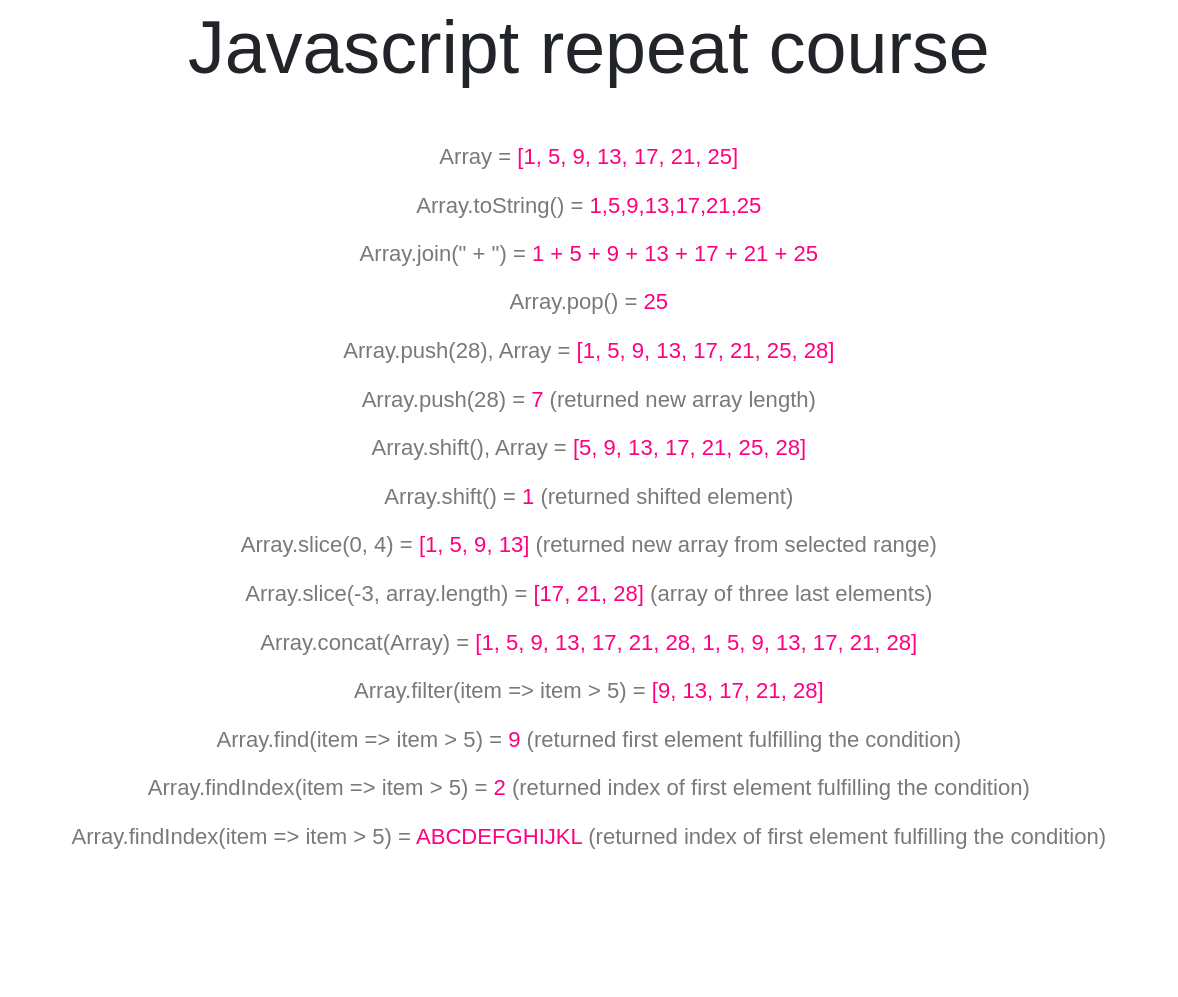
Repository: michalgornicki/javascript
Page: /
The author's editor kept a copy of each file at every save. The page is drawn from the files as they stood at one save, then again after a run of saves.
The browser window is 1280 px wide. The pictures show the whole page, at 92% of full size.
The project was rebuilt for these pictures with package versions that can differ from the ones it lists, and the page was loaded fresh each time. Also part of the build but not shown: src/index.css.

Above is the page before, as saved 2022-01-31 13:13:04.

### src/App.jsx
import React from "react";
import "./App.css";
import "bootstrap/dist/css/bootstrap.min.css";

function App() {
  const array = [1, 5, 9, 13, 17, 21, 25];

  console.log(array);

  return (
    <div className="text-center">
      <div className="display-1 mt-1 mb-5">Javascript repeat course</div>
      <div className="js-item h4 py-2">
        {" "}
        <span className="">Array = </span>
        <span className="text-pink">[{array.join(", ")}]</span>
      </div>
      <div className="js-item h4 py-2">
        {" "}
        <span className="">Array.toString() =</span> <span className="text-pink">{array.toString()}</span>
      </div>
      <div className="js-item h4 py-2">
        {" "}
        <span className="">Array.join(" + ") =</span> <span className="text-pink">{array.join(" + ")}</span>
      </div>
      <div className="js-item h4 py-2">
        {" "}
        <span className="">Array.pop() =</span> <span className="text-pink">{array.pop()}</span>
      </div>
      <div className="js-item h4 py-2">
        {" "}
        <span className="">Array.push(28), Array =</span> <span className="text-pink">[1, 5, 9, 13, 17, 21, 25, 28]</span>
      </div>
      <div className="js-item h4 py-2">
        {" "}
        <span className="">Array.push(28) =</span> <span className="text-pink"> {array.push(28)}</span> (returned new array length)
      </div>
      <div className="js-item h4 py-2">
        {" "}
        <span className="">Array.shift(), Array =</span> <span className="text-pink"> [5, 9, 13, 17, 21, 25, 28]</span>
      </div>
      <div className="js-item h4 py-2">
        {" "}
        <span className="">Array.shift() =</span> <span className="text-pink">1</span> (returned shifted element)
      </div>
      <div className="js-item h4 py-2">
        {" "}
        <span className="">Array.slice(0, 4) =</span> <span className="text-pink">[{array.slice(0, 4).join(", ")}]</span> (returned new array from selected range)
      </div>
      <div className="js-item h4 py-2">
        {" "}
        <span className="">Array.slice(-3, array.length) =</span> <span className="text-pink">[{array.slice(-3, array.length).join(", ")}]</span> (array of three last elements)
      </div>
      <div className="js-item h4 py-2">
        {" "}
        <span className="">Array.concat(Array) =</span> <span className="text-pink">[{array.concat(array).join(", ")}]</span>
      </div>
      <div className="js-item h4 py-2">
        {" "}
        <span className="">
          Array.filter(item {"=>"} item {">"} 5) =
        </span>{" "}
        <span className="text-pink">[{array.filter((item) => item > 5).join(", ")}]</span>
      </div>
      <div className="js-item h4 py-2">
        {" "}
        <span className="">
          Array.find(item {"=>"} item {">"} 5) =
        </span>
        <span className="text-pink"> {array.find((item) => item > 5)} </span> (returned first element fulfilling the condition)
      </div>
      <div className="js-item h4 py-2">
        {" "}
        <span className="">
          Array.findIndex(item {"=>"} item {">"} 5) =
        </span>
        <span className="text-pink"> {array.findIndex((item) => item > 5)} </span> (returned index of first element fulfilling the condition)
      </div>
      <div className="js-item h4 py-2">
        {" "}
        <span className="">
          Array.findIndex(item {"=>"} item {">"} 5) =
        </span>
        <span className="text-pink"> {Array.from("ABCDEFGHIJKL")} </span> (returned index of first element fulfilling the condition)
      </div>
    </div>
  );
}

export default App;

### src/App.css
body{
    font-family: Arial, Helvetica, sans-serif!important;
    overflow-x: hidden;
    padding-bottom: 20vh;
}

.js-item{
    color:rgb(121, 121, 121);
    transition: 0.2s;
}

.js-item:hover{
    cursor: pointer;
}

.text-pink{
    color:rgb(255, 0, 128)!important;
}

Loaded but not shown: public/index.html (common file); src/index.js (common file); src/reportWebVitals.js (common file)

After the next 2 saves:
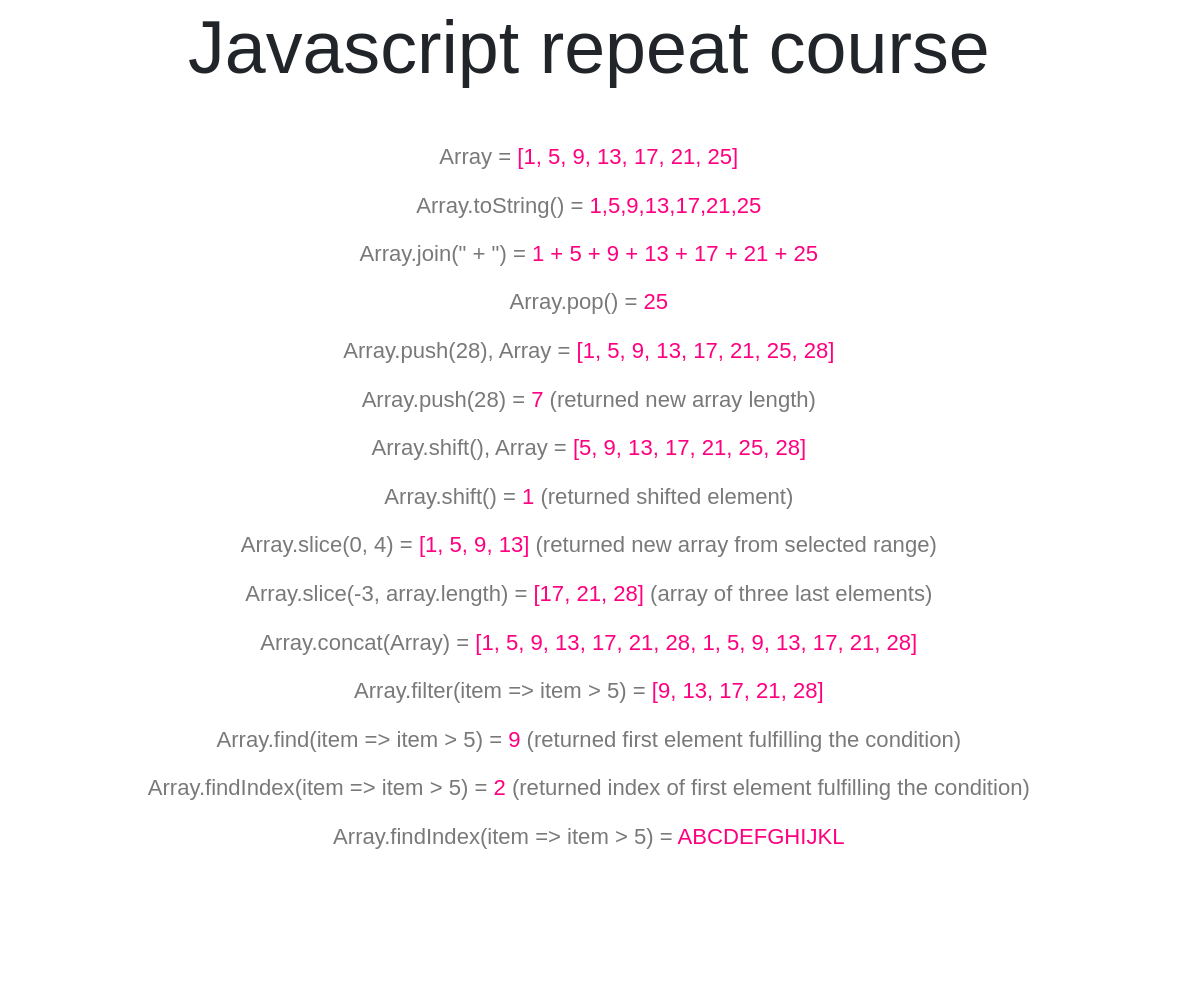
The 2 saves are shown as one change because they came seconds apart.
The last was saved 8 s later.
--- a/src/App.jsx
+++ b/src/App.jsx
@@ -81,7 +81,7 @@ function App() {
         <span className="">
           Array.findIndex(item {"=>"} item {">"} 5) =
         </span>
-        <span className="text-pink"> {Array.from("ABCDEFGHIJKL")} </span> (returned index of first element fulfilling the condition)
+        <span className="text-pink"> {Array.from("ABCDEFGHIJKL")} </span>
       </div>
     </div>
   );
